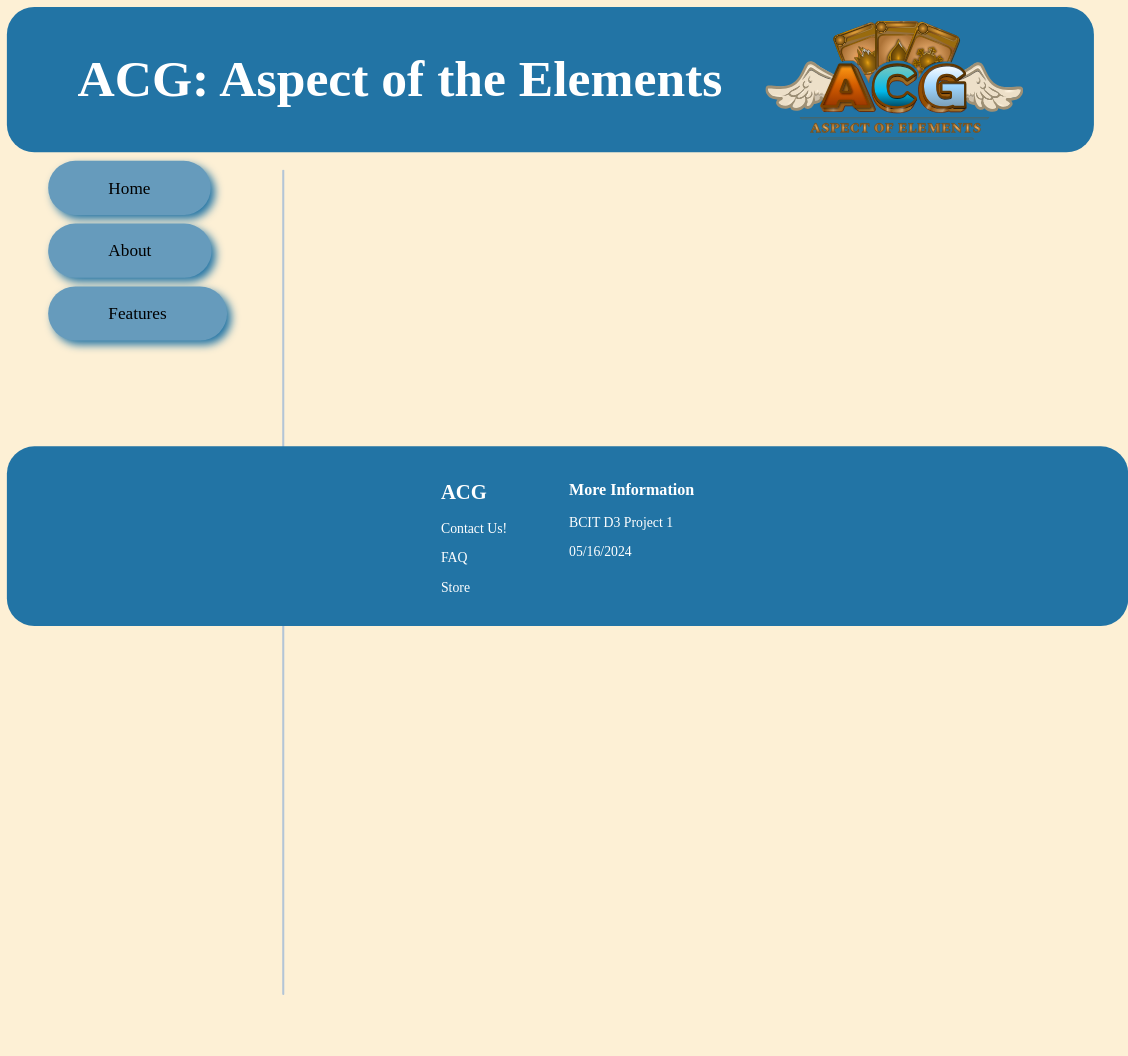
Repository: Delukalgh/ACG
Page: Features.html
An editor plug-in stored every save of this project. The page is shown before and after the next save, followed by the edit.
The browser window is 1280 px wide. The page is 1312 px wide, so the pictures cover 1312 px, including what lies to the right of the window. The pictures show the whole page, at 86% of full size.

Above is the page before, as saved 2024-05-15 15:17:02.

### Features.html
<!DOCTYPE html>
<html lang="en">

<head>
  <meta charset="UTF-8">
  <meta name="viewport" content="width=device-width, initial-scale=1.0">
  <meta http-equiv="X-UA-Compatible" content="ie=edge">
  <title>ACG Home Page</title>
  <link rel="stylesheet" href="style.css">
</head>

<body>
  <script src="index.js"></script>
  <div class="main-container">
    <div class="header-container">
      <h1 class="acg-header">ACG: Aspect of the Elements</h1>
      <img class="acg-logo" src="images/ACG-Logo.svg" alt="acg logo" style="width: 300px;" />
    </div>
    <div class="vertical-line"></div>

    <!--Side Menu-->
    <div class="buttons-container">
      <div class="button">
        <a class="link" href="index.html">
          <button class="about-page">Home</button>
        </a>
      </div>
    <div class="button">
      <a class="link" href="about.html">
        <button class="about-page">About</button>
      </a>
    </div>
    <div class="button">
      <a class="link" href="features.html">
        <button class="about-page">Features</button>
      </a>
    </div>
    </div>

    <!--Content-->
    <div class="features-content">

    </div>

    <!--Footer-->
    <div class="footer-container">
      <div class="footer-group-1">
        <h2>ACG</h2>
        <p>Contact Us!</p>
        <p>FAQ</p>
        <p>Store</p>
      </div>

      <div class="footer-group-2">
        <h3>More Information</h3>
        <p>BCIT D3 Project 1</p>
        <p>05/16/2024</p>
      </div>
    </div>
  </div>
</body>

</html>

### style.css
body {
    background-color: #FDF0D5;
}

.main-container {
    position: relative;
    min-height: 100vh;
}
.header-container {
    display: flex;
    background-color: #2274A5;
    padding: 10px;
    justify-content: center;
    border-radius: 32px;
}

.acg-header {
    color: white;
    font-family: cursive;
    font-size: 60px;
}

.acg-logo {
    display: flex;
    margin-left: 50px;
}

.vertical-line {
    border-left: 3px solid #B3C5D7;
    height: 60em;
    position:absolute;
    margin-left: 20em;
    border-radius: 32px;
    margin-top: 20px;
}

.button {
    display: flex;
    justify-content: center;
    margin-top: 10px;
    justify-content: left;
    margin-left: 3em;
}

.about-page {
    display: flex;
    background-color: #669BBC;
    padding: 20px 70px;
    border-radius: 32px;
    border: none;
    font-size: 20px;
    font-family: cursive;
    box-shadow: 5px 5px 10px #2274A5;
    cursor: pointer;
}

.link {
    text-decoration: none;
}

.footer-container {
    display: flex;
    background-color: #2274A5;
    padding: 20px;
    justify-content: center;
    border-radius: 32px;
    position:absolute;
    bottom: 0;
    width: 100%;
    color: white;
    font-family: cursive;
}

.footer-group-1 {
margin-right: 10vh;
}

Loaded but not shown: index.js (no stored copy; drawn as an empty file)

After the next save:
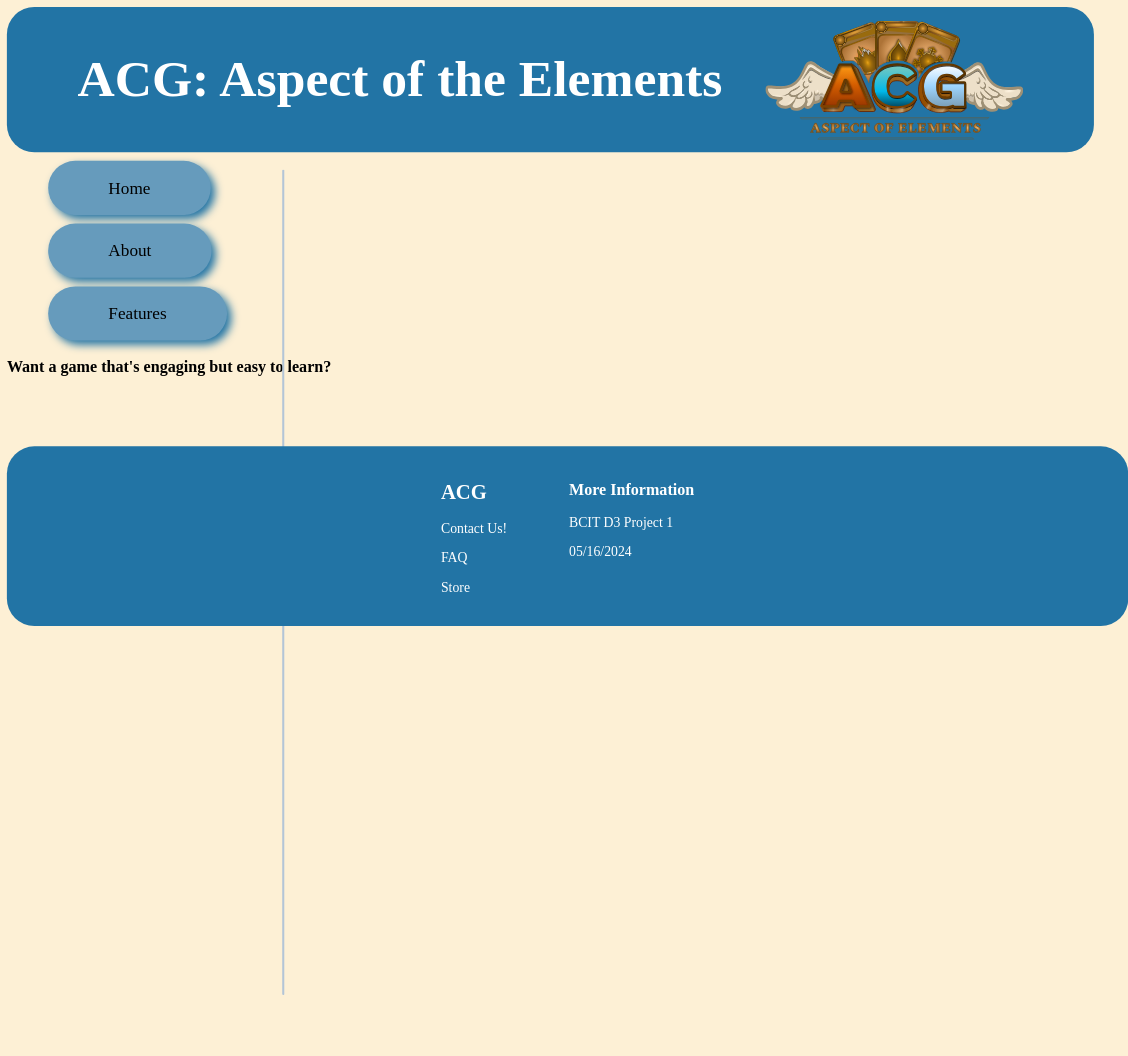
Saved 23 s later.
--- a/Features.html
+++ b/Features.html
@@ -39,7 +39,7 @@
 
     <!--Content-->
     <div class="features-content">
-
+      <h3>Want a game that's engaging but easy to learn?</h3>
     </div>
 
     <!--Footer-->
